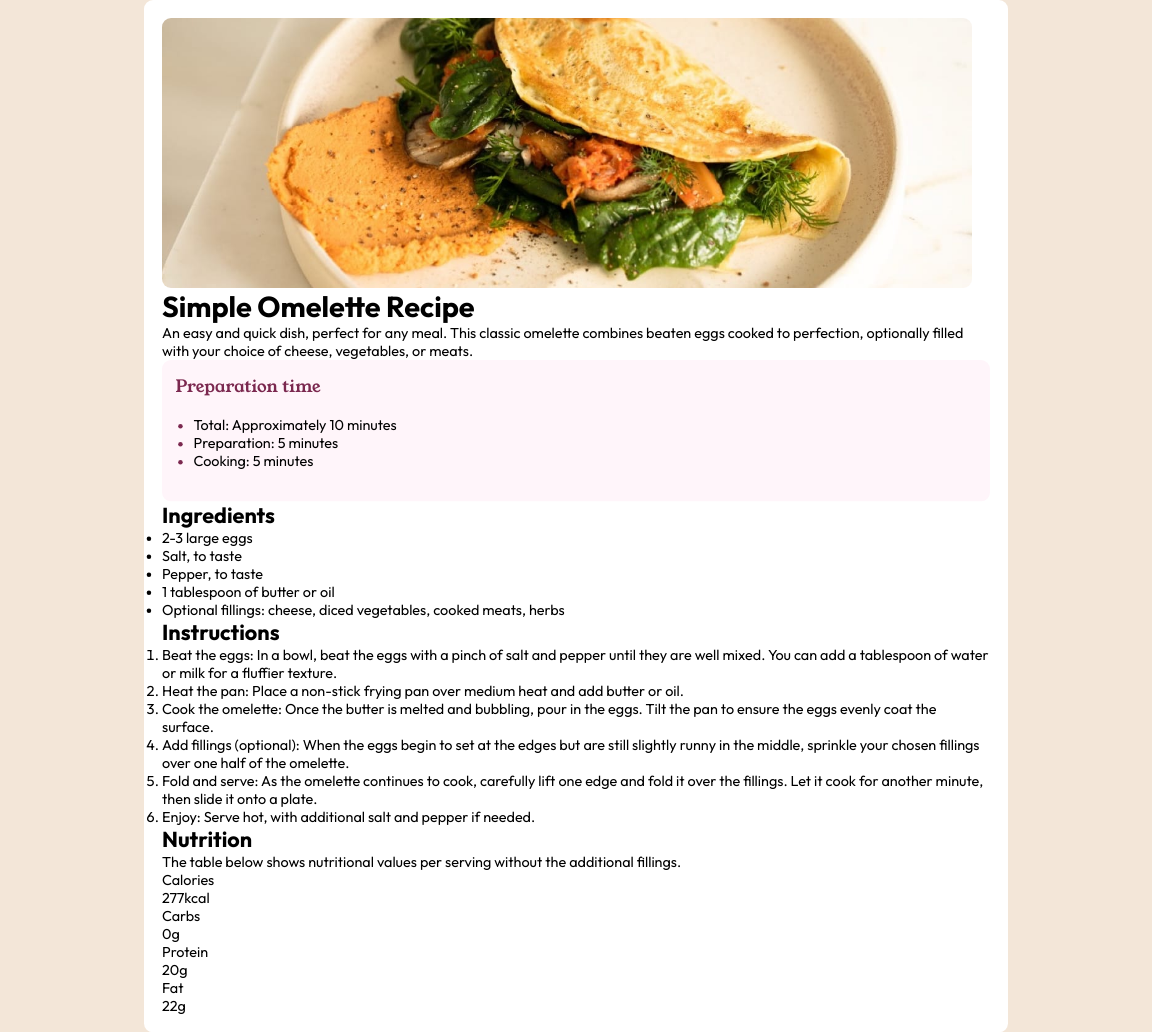
Repository: reemoon-ctrl/mine-recipe-page-main
Page: index1.html
These files come from the project's save history. The page is drawn as it stood at one moment and after the next save; the edit follows.
The browser window is 1280 px wide. The pictures show the whole page, at 90% of full size.

Above is the page before, as saved 2024-08-11 15:15:25.

After the next save:
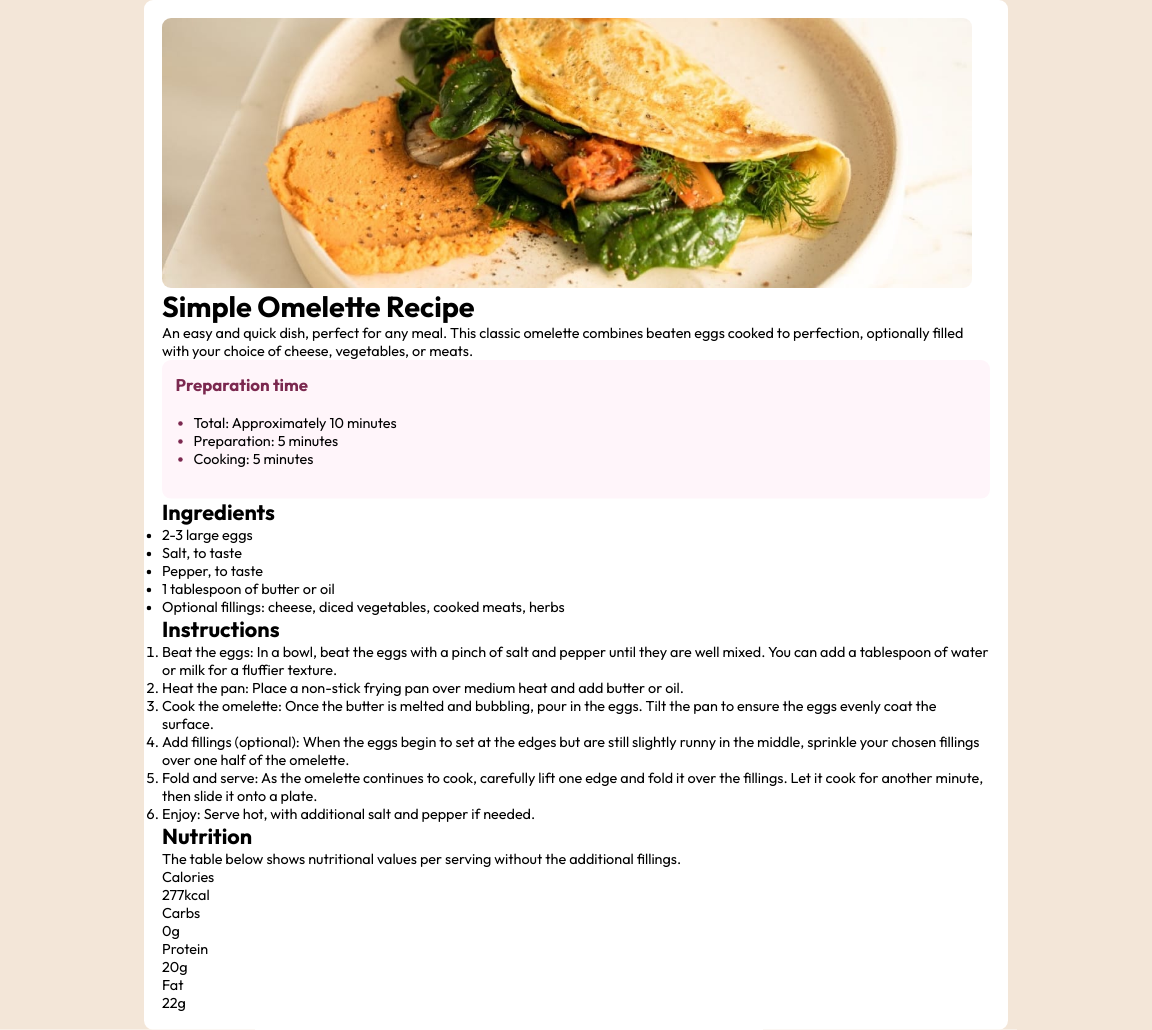
Saved 21 s later.
--- a/style.css
+++ b/style.css
@@ -47,8 +47,8 @@ body{
 
 .prep-time h3{
     color: hsl(332, 51%, 32%);
-    font-family: "Young Serif", serif;
+    /* font-family: "Young Serif", serif;
     font-weight: 400;
-    font-style: normal;
+    font-style: normal; */
 
 }
